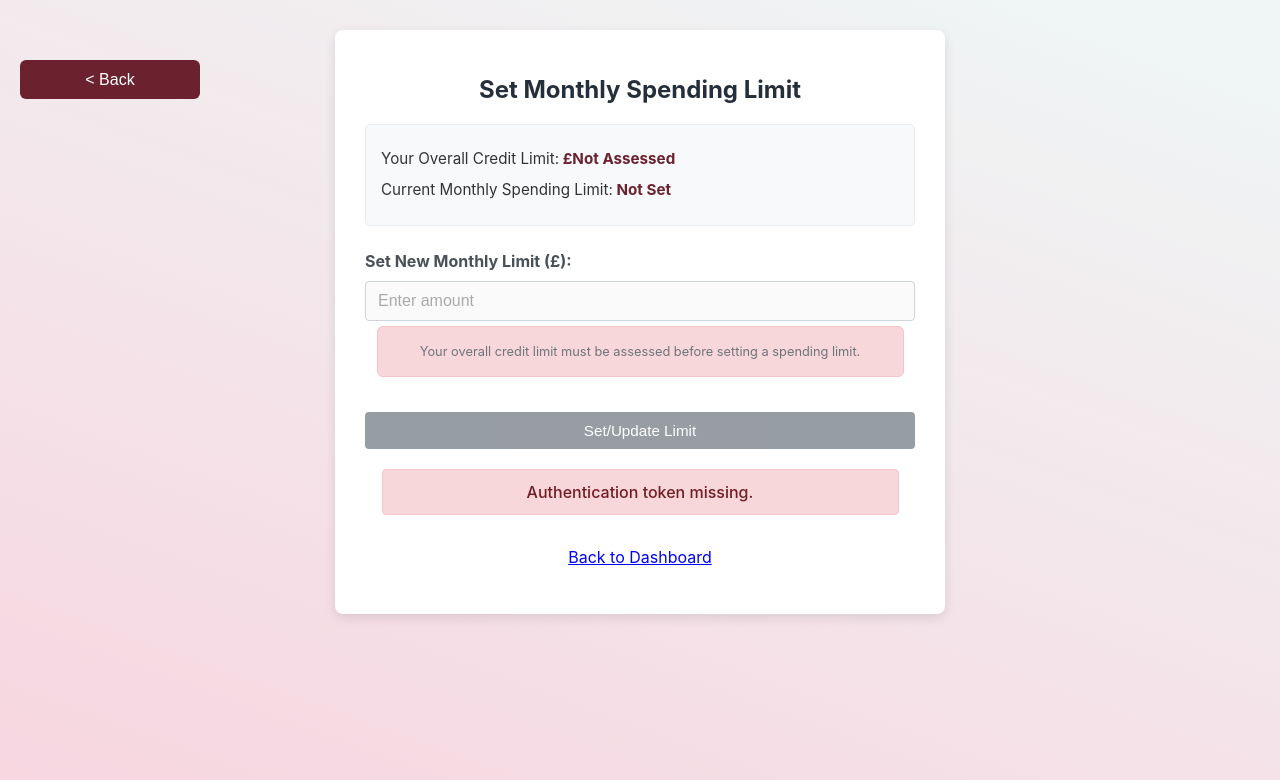
Repository: aab232/https---github.com-aab232-Deferred-Payment-Platform
Page: /spending-limit (app in frontend/)
The author's editor kept a copy of each file at every save. The page is drawn from the files as they stood at one save, then again after the next save.
The browser window is 1280 px wide. The pictures show the whole page.
The project was rebuilt for these pictures with package versions that can differ from the ones it lists, and the page was loaded fresh each time. Also part of the build but not shown: frontend/src/components/Home.js, frontend/src/components/Register.js, frontend/src/components/Login.js, frontend/src/components/Main.css, frontend/src/components/Main.js, frontend/src/components/Settings.js, frontend/src/components/Privacy.js, frontend/src/components/ContactUs.js and 8 more.

Above is the page before, as saved 2025-05-09 01:48:22.

### frontend/src/components/SpendingLimit.js
import React, { useState, useEffect, useCallback } from 'react';
import { useNavigate } from 'react-router-dom';
import BackButton from './BackButton';
import './SpendingLimit.css'; // We'll create this CSS file later

// Assuming authenticatedFetch is in a shared utils file or defined here
// For now, let's copy it here for self-containment, but ideally, it's imported
async function authenticatedFetch(url, options = {}) {
    const token = localStorage.getItem('authToken');
    const headers = { 'Content-Type': 'application/json', ...options.headers };
    if (token) {
        headers['Authorization'] = `Bearer ${token}`;
    } else {
        console.warn("Auth token missing for API call to", url);
        return { ok: false, status: 401, json: async () => ({ success: false, message: "Authentication token missing." }), text: async () => "Authentication token missing." };
    }
    try {
        const apiUrl = process.env.REACT_APP_API_BASE_URL || 'http://localhost:5000';
        const response = await fetch(`${apiUrl}${url}`, { ...options, headers });
        return response;
    } catch (error) {
        console.error(`API Fetch Error for ${url}:`, error);
        return { ok: false, status: 503, json: async () => ({ success: false, message: "Network error or server unavailable." }), text: async () => (error.message || "Network error or server unavailable.") };
    }
}

const SpendingLimit = () => {
    const navigate = useNavigate();
    const [overallCreditLimit, setOverallCreditLimit] = useState(null);
    const [currentSpendingLimit, setCurrentSpendingLimit] = useState(null);
    const [newLimitInput, setNewLimitInput] = useState('');
    const [isLoading, setIsLoading] = useState(true);
    const [isSaving, setIsSaving] = useState(false);
    const [message, setMessage] = useState({ text: '', type: '' }); // type: 'success' or 'error'

    // Fetch current limits when component mounts
    const fetchLimits = useCallback(async () => {
        setIsLoading(true);
        setMessage({ text: '', type: '' });
        try {
            const response = await authenticatedFetch('/api/spending-limit'); // GET request
            const data = await response.json();

            if (response.ok && data.success) {
                setOverallCreditLimit(parseFloat(data.overallCreditLimit));
                setCurrentSpendingLimit(data.currentSpendingLimit !== null ? parseFloat(data.currentSpendingLimit) : null);
                // Initialize input with current spending limit if set, otherwise empty
                setNewLimitInput(data.currentSpendingLimit !== null ? parseFloat(data.currentSpendingLimit).toFixed(2) : '');
            } else {
                throw new Error(data.message || 'Failed to load spending limits.');
            }
        } catch (error) {
            console.error("Error fetching spending limits:", error);
            setMessage({ text: error.message, type: 'error' });
            if (error.response && (error.response.status === 401 || error.response.status === 403)) {
                navigate('/login');
            }
        } finally {
            setIsLoading(false);
        }
    }, [navigate]);

    useEffect(() => {
        fetchLimits();
    }, [fetchLimits]);

    const handleInputChange = (e) => {
        const value = e.target.value;
        // Allow only numbers and up to two decimal places
        if (/^\d*\.?\d{0,2}$/.test(value) || value === '') {
            setNewLimitInput(value);
            setMessage({ text: '', type: '' }); // Clear message on input change
        }
    };

    const handleSubmit = async (e) => {
        e.preventDefault();
        setMessage({ text: '', type: '' });
        const newLimit = parseFloat(newLimitInput);

        if (isNaN(newLimit) || newLimit < 0) {
            setMessage({ text: 'Please enter a valid, non-negative spending limit.', type: 'error' });
            return;
        }
        if (overallCreditLimit !== null && newLimit > overallCreditLimit) {
            setMessage({ text: `Spending limit cannot exceed your overall credit limit of £${overallCreditLimit.toFixed(2)}.`, type: 'error' });
            return;
        }
        // If user enters 0, it means they want to remove the limit (or set it to 0)
        // If they clear the input, it's also like removing/setting to null

        setIsSaving(true);
        try {
            const response = await authenticatedFetch('/api/spending-limit', {
                method: 'POST',
                body: JSON.stringify({
                    // Send null if input is empty or effectively zero to "remove" limit, else send the number
                    spendingLimit: newLimitInput === '' || newLimit === 0 ? null : newLimit
                })
            });
            const data = await response.json();

            if (response.ok && data.success) {
                setCurrentSpendingLimit(data.newSpendingLimit !== null ? parseFloat(data.newSpendingLimit) : null);
                setNewLimitInput(data.newSpendingLimit !== null ? parseFloat(data.newSpendingLimit).toFixed(2) : ''); // Update input to reflect saved value
                setMessage({ text: data.message || 'Spending limit updated successfully!', type: 'success' });
            } else {
                throw new Error(data.message || 'Failed to update spending limit.');
            }
        } catch (error) {
            console.error("Error saving spending limit:", error);
            setMessage({ text: error.message, type: 'error' });
        } finally {
            setIsSaving(false);
        }
    };

    const handleRemoveLimit = async () => {
        if (currentSpendingLimit === null) {
            setMessage({ text: 'No spending limit is currently set.', type: 'info' });
            return;
        }
        setNewLimitInput(''); // Visually clear it
        // Then call submit which will send null to the backend
        // Need to construct a synthetic event or call the logic directly
        const newLimit = null; // Representing removal

        setIsSaving(true);
        setMessage({ text: '', type: '' });
        try {
            const response = await authenticatedFetch('/api/spending-limit', {
                method: 'POST',
                body: JSON.stringify({ spendingLimit: newLimit }) // Send null
            });
            const data = await response.json();

            if (response.ok && data.success) {
                setCurrentSpendingLimit(null);
                setNewLimitInput('');
                setMessage({ text: data.message || 'Spending limit removed successfully!', type: 'success' });
            } else {
                throw new Error(data.message || 'Failed to remove spending limit.');
            }
        } catch (error) {
            console.error("Error removing spending limit:", error);
            setMessage({ text: error.message, type: 'error' });
        } finally {
            setIsSaving(false);
        }
    }

    if (isLoading) {
        return (
            <div className="container spending-limit-container">
                <div className="form-card">
                    <BackButton />
                    <h2>Set Monthly Spending Limit</h2>
                    <p className="loading-message">Loading your limits...</p>
                </div>
            </div>
        );
    }

    return (
        <div className="container spending-limit-container">
            <div className="form-card">
                <BackButton />
                <h2 style={{ textAlign: 'center', marginBottom: '20px' }}>Set Monthly Spending Limit</h2>

                <div className="current-limits-info">
                    <p>Your Overall Credit Limit:
                        <strong> £{overallCreditLimit !== null ? overallCreditLimit.toFixed(2) : 'Not Assessed'}</strong>
                    </p>
                    <p>Current Monthly Spending Limit:
                        <strong> {currentSpendingLimit !== null ? `£${currentSpendingLimit.toFixed(2)}` : 'Not Set'}</strong>
                    </p>
                    {currentSpendingLimit !== null && overallCreditLimit !== null &&
                        <p className="limit-info-note">
                            This month, you can spend up to £{currentSpendingLimit.toFixed(2)} using BNPL.
                            Your overall approved credit line is £{overallCreditLimit.toFixed(2)}.
                        </p>
                    }
                </div>

                <form onSubmit={handleSubmit} className="spending-limit-form">
                    <label htmlFor="spendingLimitInput">
                        Set New Monthly Limit (£):
                    </label>
                    <input
                        type="text" // Using text to allow better control over decimal input format
                        id="spendingLimitInput"
                        value={newLimitInput}
                        onChange={handleInputChange}
                        placeholder={overallCreditLimit !== null ? `Max £${overallCreditLimit.toFixed(2)}` : "Enter amount"}
                        disabled={isSaving || overallCreditLimit === null}
                        className="form-input"
                    />
                    {overallCreditLimit === null && (
                        <p className="error-message small-text">
                            Your overall credit limit must be assessed before setting a spending limit.
                        </p>
                    )}
                    <div className="button-group">
                        <button
                            type="submit"
                            className="btn action-button"
                            disabled={isSaving || overallCreditLimit === null || newLimitInput === (currentSpendingLimit !== null ? currentSpendingLimit.toFixed(2) : '')}
                        >
                            {isSaving ? 'Saving...' : 'Set/Update Limit'}
                        </button>
                        {currentSpendingLimit !== null && (
                            <button
                                type="button"
                                onClick={handleRemoveLimit}
                                className="btn remove-button"
                                disabled={isSaving}
                            >
                                {isSaving ? 'Removing...' : 'Remove Limit'}
                            </button>
                        )}
                    </div>
                </form>

                {message.text && (
                    <p className={`message ${message.type}`} style={{ marginTop: '20px', textAlign: 'center' }}>
                        {message.text}
                    </p>
                )}

                <p style={{ marginTop: '30px', textAlign: 'center' }}>
                    <span
                        onClick={() => navigate('/dashboard')}
                        style={{ cursor: 'pointer', color: 'blue', textDecoration: 'underline' }}
                    >
                        Back to Dashboard
                    </span>
                </p>
            </div>
        </div>
    );
};

export default SpendingLimit;

### frontend/src/components/Home.css
.container {
    display: flex;
    justify-content: center;
    align-items: center;
    height: 100vh; /* Full viewport height */
    background: linear-gradient(135deg, #252f3b, #252d3b); /* Elegant gradient */
  }

  .card {
    text-align: center;
    background: #fff;
    padding: 40px 60px;
    border-radius: 24px;
    box-shadow: 0 8px 32px rgba(0, 0, 0, 0.2);
    max-width: 350px;
    width: 100%;
  }

  h1 {
    margin-bottom: 16px;
    font-size: 28px;
    color: #252f3b;
  }

  p {
    margin-bottom: 32px;
    font-size: 16px;
    color: #555;
  }

  .button-group {
    display: flex;
    justify-content: space-between;
  }

  .btn {
    padding: 12px 24px;
    font-size: 16px;
    border: none;
    border-radius: 30px; /* Rounded buttons */
    cursor: pointer;
    transition: background 0.3s ease;
    color: white;
    background: #252f3b;
  }

  .btn:hover {
    background: #252f3b; /* Button hover effect */
  }

### frontend/src/components/Form.css
.container {
  display: flex;
  justify-content: center;
  align-items: center;
  height: 100vh;
  background: linear-gradient(200deg, #eff7f6, #F7D6E0);
}

.form-card {
  background: white;
  padding: 40px 60px;
  border-radius: 24px;
  box-shadow: 0 8px 32px rgba(0, 0, 0, 0.2);
  max-width: 400px;
  width: 100%;
  text-align: center;
}

h2 {
  color: #252f3b;
}

input {
  display: block;
  width: 100%;
  margin: 10px 0;
  padding: 12px;
  border: 1px solid #ddd;
  border-radius: 30px;
}

.btn {
  padding: 12px 24px;
  margin-top: 20px;
  border-radius: 30px;
  border: none;
  color: white;
  background: #6b212e;
  cursor: pointer;
}

.btn:hover {
  background: #a41b34;
}

.link {
  color: #6b212e;
  cursor: pointer;
}

### frontend/src/components/Settings.css
.settings-container {
  display: flex;
  flex-direction: column;
  align-items: center;
  padding: 40px 20px;
  background: #f8f9fa;
  min-height: 100vh;
}

h1 {
  color: #343a40;
  margin-bottom: 20px;
}

.menu {
  display: flex;
  gap: 20px;
  margin-bottom: 40px;
}

.menu button {
  padding: 10px 20px;
  border: none;
  border-radius: 8px;
  cursor: pointer;
  transition: background 0.3s ease;
  font-weight: bold;
  background: #007bff;
  color: white;
}

.menu .danger {
  background: #dc3545;
}

.menu button:hover {
  opacity: 0.8;
}

/* Dropdown styling */
.dropdown {
  display: flex;
  flex-direction: column;
  gap: 10px;
  margin-top: 20px;
}

.dropdown button {
  padding: 8px 16px;
  border: none;
  border-radius: 8px;
  background: #6c757d;
  color: white;
  cursor: pointer;
  transition: background 0.3s ease;
}

.dropdown button:hover {
  background: #495057;
}

/* Section Styling */
.section {
  width: 100%;
  max-width: 600px;
  background: white;
  padding: 30px;
  border-radius: 16px;
  box-shadow: 0 8px 24px rgba(0, 0, 0, 0.1);
  margin-top: 20px;
}

h2 {
  color: #495057;
  margin-bottom: 20px;
}

input {
  width: 100%;
  padding: 12px;
  margin-bottom: 15px;
  border: 1px solid #ced4da;
  border-radius: 8px;
  font-size: 14px;
}

button {
  padding: 12px 20px;
  border: none;
  border-radius: 8px;
  cursor: pointer;
  background: #28a745;
  color: white;
  font-weight: bold;
}

button:hover {
  opacity: 0.9;
}

.info {
  margin-top: 20px;
  color: #6c757d;
}

### frontend/src/components/Privacy.css
.container {
    display: flex;
    justify-content: center;
    align-items: center;
    height: 100vh;
    background: linear-gradient(200deg, #eff7f6, #F7D6E0);
  }

  .form-card {
    background: white;
    padding: 40px 60px;
    border-radius: 24px;
    box-shadow: 0 8px 32px rgba(0, 0, 0, 0.2);
    max-width: 400px;
    width: 100%;
  }

  h2 {
    color: #252f3b;
    font-size: 24px;
    margin-bottom: 20px;
  }

  p {
    color: #252f3b;
    font-size: 16px;
    line-height: 1.5;
    margin-bottom: 20px;
    text-align: left;
  }

  .btn {
    padding: 12px 24px;
    margin-top: 20px;
    border-radius: 30px;
    border: none;
    color: white;
    background: #6b212e;
    cursor: pointer;
    width: 100%;
  }

  .btn:hover {
    background: #a41b34;
  }

  .link {
    color: #6b212e;
    cursor: pointer;
    text-decoration: underline;
    display: inline-block;
    margin-top: 10px;
  }

  .link:hover {
    color: #a41b34;
  }

  .privacy-container {
    text-align: left;
    margin-top: 20px;
  }

  .request-data-btn {
    padding: 10px 20px;
    margin-top: 15px;
    background-color: #6b212e;
    color: white;
    border: none;
    border-radius: 30px;
    cursor: pointer;
    font-size: 16px;
    width: 100%;
  }

  .request-data-btn:hover {
    background-color: #a41b34;
  }

### frontend/src/components/ContactUs.css
.form-group {
    margin-bottom: 20px; /* Spacing between form fields */
    text-align: left;   /* Ensure labels align left */
  }

  .form-group label {
    display: block;     /* Make label take its own line */
    margin-bottom: 8px; /* Space between label and input */
    color: #333;      /* Label color */
    font-size: 14px;    /* Label font size */
    font-weight: bold;  /* Make labels stand out */
  }

  .form-group input[type="text"],
  .form-group input[type="email"],
  .form-group textarea {
    width: 100%;                /* Make inputs fill the card width */
    padding: 12px;              /* Padding inside inputs */
    border: 1px solid #ccc;     /* Subtle border */
    border-radius: 8px;         /* Slightly rounded corners for inputs */
    box-sizing: border-box;     /* Include padding/border in element's total width/height */
    font-size: 14px;            /* Font size inside inputs */
    margin-top: 0;              /* Remove any default browser margin */
  }

  .form-group textarea {
    resize: vertical;           /* Allow vertical resize only */
    min-height: 120px;          /* Ensure textarea has a decent default height */
  }

  /* Optional: Style for focus state */
  .form-group input[type="text"]:focus,
  .form-group input[type="email"]:focus,
  .form-group textarea:focus {
    border-color: #6b212e; /* Highlight border with theme color on focus */
    outline: none;           /* Remove default browser outline */
    box-shadow: 0 0 0 2px rgba(107, 33, 46, 0.2); /* Subtle glow effect */
  }

  /* Optional: Style for placeholder text */
  ::placeholder { /* Chrome, Firefox, Opera, Safari 10.1+ */
    color: #aaa;
    opacity: 1; /* Firefox */
  }

  :-ms-input-placeholder { /* Internet Explorer 10-11 */
    color: #aaa;
  }

  ::-ms-input-placeholder { /* Microsoft Edge */
    color: #aaa;
  }

### frontend/src/components/CreditHistory.css
.history-container {
    display: flex;
    justify-content: center;
    align-items: flex-start;
    min-height: 100vh;
    background: linear-gradient(200deg, #eff7f6, #F7D6E0);
    padding: 50px 20px;
    box-sizing: border-box;
}

.history-card {
    background: white;
    padding: 30px 40px;
    border-radius: 16px;
    box-shadow: 0 6px 25px rgba(0, 0, 0, 0.15);
    max-width: 950px; /* Wider card for table */
    width: 100%;
}

.history-card h2 {
    text-align: center;
    color: #252f3b;
    margin-top: 0;
    margin-bottom: 30px;
}

.loading-message,
.error-message {
    text-align: center;
    padding: 20px;
    font-size: 1.1em;
    margin-top: 20px;
}

.error-message {
    color: #842029;
    background-color: #f8d7da;
    border: 1px solid #f5c2c7;
    border-radius: 6px;
}

.history-table {
    width: 100%;
    border-collapse: collapse;
    margin-top: 20px;
    font-size: 0.95em;
}

.history-table thead th {
    background-color: #f8f9fa;
    border-bottom: 2px solid #dee2e6;
    padding: 12px 10px;
    text-align: left;
    color: #495057;
    white-space: nowrap;
}

.history-table tbody td {
    border-bottom: 1px solid #e9ecef;
    padding: 10px 10px;
    vertical-align: middle;
}

.history-table tbody tr:last-child td {
    border-bottom: none;
}

.history-table tbody tr:hover {
    background-color: #f8f9fa; /* Subtle hover */
}

.back-button {
    display: block;
    margin: 30px auto 0 auto; /* Center button */
    padding: 10px 25px;
    font-size: 1em;
    cursor: pointer;
    background-color: #6c757d; /* Secondary color */
    color: white;
    border: none;
    border-radius: 6px;
    transition: background-color 0.2s ease;
}
.back-button:hover {
    background-color: #5a6268;
}


/* Responsive adjustments for table if needed */
@media (max-width: 768px) {
    .history-card {
        padding: 20px;
    }
    .history-table {
        display: block;
        overflow-x: auto; /* Allow horizontal scrolling on small screens */
        white-space: nowrap;
    }
    .history-table thead th,
    .history-table tbody td {
        padding: 8px;
        font-size: 0.9em;
    }
     .history-card h2 {
        font-size: 1.5em;
     }
}

### frontend/src/components/BackButton.css
.back-button {
  padding: 6px 12px;
  border-radius: 6px;
  background: #a41b34;
  color: #a41b34;
  font-size: 0.95em;
  font-weight: 500;
  cursor: pointer;
  transition: background 0.2s ease, color 0.2s ease, box-shadow 0.2s ease;
  border: 1px solid #d1d5db;
  line-height: 1.2;
  display: inline-flex;
  align-items: center;


position: absolute;
top: 20px;
left: 20px;
}

.back-button:hover {
  background: #6b200e;
  color: white;
  box-shadow: 0 1px 3px rgba(0, 0, 0, 0.1);
}

.back-button:focus {
    outline: 2px solid #e8a6ba;
    outline-offset: 2px;
}

.back-button:active {
    background-color: #d0d0d0;
}

### frontend/src/components/Repayments.css
.repayment-container {
    padding: 50px 20px;
    box-sizing: border-box;
  }

  .repayment-card {
    background: white;
    padding: 30px 40px;
    border-radius: 24px;
    box-shadow: 0 8px 32px rgba(0, 0, 0, 0.2);
    max-width: 650px;
    width: 100%;
  }

  .repayment-card h2 {
    color: #252f3b;
    text-align: center;
    margin-top: 0;
    margin-bottom: 30px;
  }

  .loading-message {
      text-align: center;
      padding: 20px;
      font-size: 1.1em;
      margin-top: 20px;
      color: #4a5568;
  }

  .error-message {
      text-align: center; padding: 12px; font-size: 0.95em; margin-top: 20px;
      color: #842029; background-color: #f8d7da; border: 1px solid #f5c2c7; border-radius: 6px;
  }


  .order-list {
      margin-top: 20px;
      display: flex;
      flex-direction: column;
      gap: 20px;
  }

  .order-item {
      border: 1px solid #e2e8f0;
      border-radius: 12px;
      padding: 15px 20px;
      background-color: #fdfdff;
  }

  .order-item h3 {
      margin-top: 0;
      margin-bottom: 8px;
      color: #334155;
      font-size: 1.1em;
  }

  .order-item p {
      margin: 4px 0;
      font-size: 0.95em;
      color: #4a5568;
      line-height: 1.4;
  }

  .order-item .remaining-balance {
      font-weight: bold;
      color: #c82333;
  }

  .repayment-action {
      margin-top: 15px;
      display: flex;
      gap: 10px;
      align-items: center;
      flex-wrap: wrap;
  }

  .repayment-input {
      display: block;
      flex-grow: 1;
      max-width: 160px;
      margin: 0;
      padding: 10px 12px;
      border: 1px solid #ddd;
      border-radius: 30px;
      box-sizing: border-box;
  }

  .repayment-button {
      flex-shrink: 0;
  }
  .repayment-button {
      background: #0d6efd;
  }
  .repayment-button:hover:not(:disabled) {
      background: #0a58ca;
  }
  .repayment-button:disabled {
       background: #cccccc !important;
       cursor: not-allowed;
  }


  .payment-success,
  .payment-error {
      padding: 8px 12px;
      border-radius: 6px;
      margin-top: 12px;
      font-size: 0.9em;
      text-align: center;
  }
  .payment-success {
      color: #0f5132;
      background-color: #d1e7dd;
      border: 1px solid #badbcc;
  }
  .payment-error {
      color: #842029;
      background-color: #f8d7da;
      border: 1px solid #f5c6cb;
  }

  .back-button {
      display: block;
      margin: 40px auto 10px auto;
  }

Loaded but not shown: frontend/public/index.html (common file); frontend/src/index.js (common file); frontend/src/index.css (common file); frontend/src/App.js (41 lines, source omitted); frontend/src/components/BackButton.js (15 lines, source omitted); frontend/src/components/BufferBag.css (188 lines, source omitted); frontend/src/components/SpendingLimit.css (141 lines, source omitted)

After the next save:
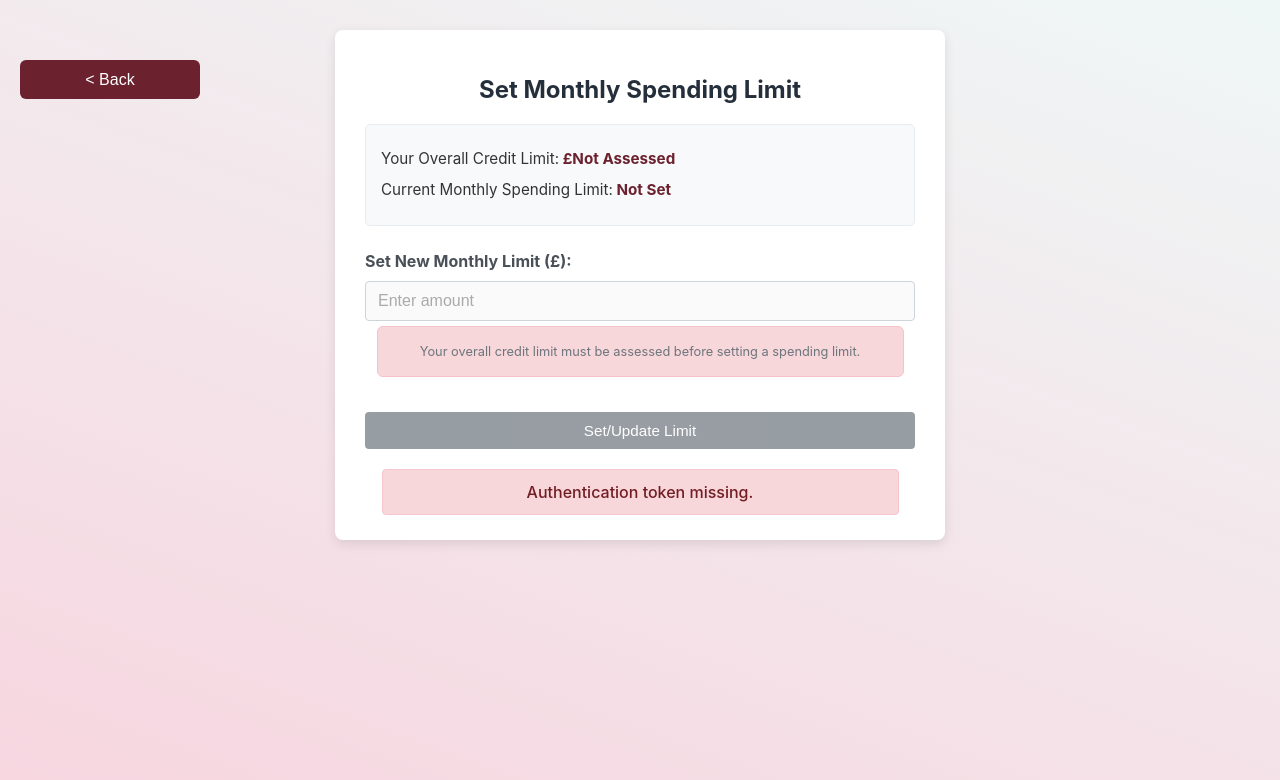
Saved 94 s later.
--- a/frontend/src/components/SpendingLimit.js
+++ b/frontend/src/components/SpendingLimit.js
@@ -226,15 +226,6 @@ const SpendingLimit = () => {
                         {message.text}
                     </p>
                 )}
-
-                <p style={{ marginTop: '30px', textAlign: 'center' }}>
-                    <span
-                        onClick={() => navigate('/dashboard')}
-                        style={{ cursor: 'pointer', color: 'blue', textDecoration: 'underline' }}
-                    >
-                        Back to Dashboard
-                    </span>
-                </p>
             </div>
         </div>
     );
